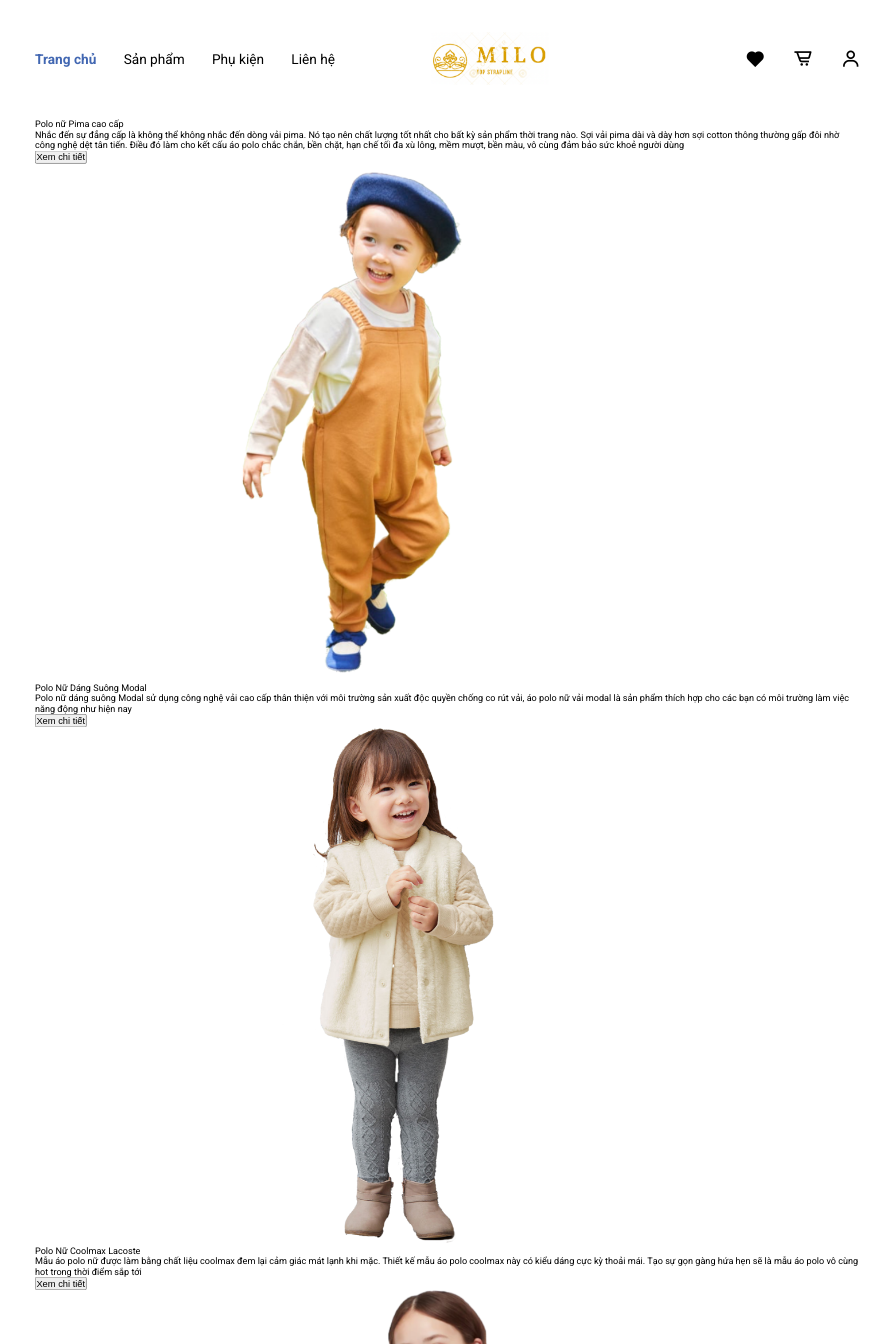
Repository: QuyHoang99k/shop
Page: /
The author's editor kept a copy of each file at every save. The page is drawn from the files as they stood at one save, then again after the next save.
The browser window is 1280 px wide. The pictures show the part of the page from y = 0 to 1920 px (the page is 3285 px tall before and 1159 px after), at 70% of full size.
The project was rebuilt for these pictures with package versions that can differ from the ones it lists, and the page was loaded fresh each time. Also part of the build but not shown: src/pages/Catalog.jsx, src/pages/Cart.jsx, src/pages/Product.jsx.

Above is the page before, as saved 2021-10-16 11:40:04.

### src/index.js
import React from 'react';
import ReactDOM from 'react-dom';
import reportWebVitals from './reportWebVitals';

import './assets/boxicons-2.0.7/css/boxicons.min.css'
import './sass/index.scss'


import Layout from './components/Layout'


ReactDOM.render(
  <React.StrictMode>
   <Layout/>
  </React.StrictMode>,
  document.getElementById('root')
);

// If you want to start measuring performance in your app, pass a function
// to log results (for example: reportWebVitals(console.log))
// or send to an analytics endpoint. Learn more: https://bit.ly/CRA-vitals
reportWebVitals();

### src/sass/index.scss
@import "./_variables.scss";
@import "./mixins";
@import "./_base.scss";

@import "./components/header";
@import "./components/footer";

### src/components/Layout.jsx
import React from 'react'

import { BrowserRouter, Route } from 'react-router-dom'

import Header from './Header'
import Footer from './Footer'

import Routes from '../routes/Routes'

const Layout = () => {
    return (
        <BrowserRouter>
            <Route render={props => (
                <div>
                    <Header {...props}/>
                    <div className="container">
                        <div className="main">
                            <Routes/>
                        </div>
                    </div>
                    <Footer/>
                </div>
            )}/>
        </BrowserRouter>
    )
}

export default Layout

### src/sass/_variables.scss
$main-bg: #fff;
$main-color: #4267b2;

$txt-main-color: #000;
$txt-second-color:#8d8d8d;
$txt-white:#fff;

$btn-main-bg: $main-color;
$btn-main-color:#fff;

$header-height:170px;
$header-tablet-height:70px;
$header-mobile-height:40px;
$header-shrink-height:70px;

$box-shadow: rgba(149,157,165,0.2) 0px 8px 24px;

$colors:(
  "blue":#4267b2,
  "orange":#fbb96b,
  "pink":#fe7e73,
  "white":#fff,
  "black":#000,
  "main":$main-color

);
$mobile-width: 600px;
$tablet-width:1024px;

$numbers: (0,1,2,3,4,5,6,7,8);

### src/sass/_mixins.scss
@mixin flex ($align-item, $justify-content) {
    display: flex;
    align-items: $align-item;
    justify-content: $justify-content;
}
@mixin mobile {
    @media only screen and (max-width: $mobile-width){
        @content;
    }
}
@mixin tablet {
    @media only screen and (max-width: $tablet-width){
        @content;
    }
}

### src/sass/_base.scss
@import url("https://fonts.googleapis.com/css2?family=M+PLUS+Rounded+1c:wght@100;300;400;500;700;800;900&family=Roboto:ital,wght@0,100;0,300;0,400;0,500;0,700;0,900;1,100;1,300;1,400;1,500;1,700;1,900&display=swap");

@import url("https://fonts.googleapis.com/css2?family=M+PLUS+Rounded+1c:wght@100;300;400;500;700;800;900&family=Roboto:ital,wght@0,100;0,300;0,400;0,500;0,700;0,900;1,100;1,300;1,400;1,500;1,700;1,900&display=swap");

* {
    padding: 0;
    margin: 0;
    box-sizing: border-box;
    -webkit-tap-highlight-color: transparent;
    user-select: none;
}

html {
    font-size: 13px;
}

body {
    font-family: "Roboto", sans-serif;
}

ul {
    list-style-type: none;
}

a {
    text-decoration: none;
    color: unset;
}

a:hover {
    color: $main-color;
}

img {
    max-width: 100%;
}

@each $color, $val in $colors {
    .color-#{$color} {
        color: $val;
    }

    .bg-#{$color} {
        background-color: $val;
    }
}

@each $val in $numbers {
    .grid-col-#{$val} {
        grid-template-columns: repeat($val, 1fr);
    }
}

@each $val in $numbers {
    .grid-col-md-#{$val} {
        @include tablet {
            grid-template-columns: repeat($val, 1fr);
        }
    }
}

@each $val in $numbers {
    .grid-col-sm-#{$val} {
        @include mobile {
            grid-template-columns: repeat($val, 1fr);
        }
    }
}

.container {
    width: 100%;
    max-width: 1620px;
    padding: 0 50px;
    margin: auto;

    @include tablet {
        padding: 0 20px;
    }

    @include mobile {
        padding: 0 10px;
    }
}

.main {
    margin-top: $header-height;
    margin-bottom: 2rem;
    min-height: 100vh;

    @include tablet {
        margin-top: calc(#{$header-tablet-height} + 20px);
    }

    @include mobile {
        margin-top: calc(#{$header-mobile-height} + 10px);
    }
}

.grid {
    display: grid;
}

### src/sass/components/_header.scss
.header {
    background-color: $main-bg;
    position: fixed;
    top: 0;
    left: 0;
    width: 100%;
    z-index: 99;
    height: $header-height;
    transition: height 0.3s ease;

    @include tablet {
        height: $header-tablet-height;
        box-shadow: $box-shadow;
    }

    @include mobile {
        height: $header-mobile-height;
    }

    .container {
        height: 100%;
    }

    &.shrink {
        height: $header-shrink-height;
        box-shadow: $box-shadow;
        z-index: 100;

        @include mobile {
            height: $header-mobile-height;
        }
    }

    &__logo {
        @include flex(center, center);
        position: absolute;
        inset: 0;
        pointer-events: none;

        img {
            height: 75px;
            margin-left: 120px;
            @include tablet{
                height: 50px;
            };
            @include mobile{
                height: 38px;
            }

        }
    }

    &__menu {
        @include flex(center, space-between);
        height: 100%;
        font-size: 1.5rem;

        &__item ~ &__item {
            margin-left: 39px;

            @include tablet {
                margin-left: 20px;
            }

            @include mobile {
                margin-left: 10px;
            }
        }

        &__item.active {
            font-weight: 600;
            color: $main-color;
        }

        &__item:hover {
            color: $main-color;
        }

        &__left,
        &__right {
            @include flex(center, center);
            height: 100%;
        }

        &__right {
            font-size: 2.25rem;

            &__item {
                @include flex(center, center);

                @include tablet {
                    margin-left: 10px;
                }
            }

            @include mobile {
                font-size: 1.5rem;
            }
        }

        &__left {
            &__close {
                display: none;
            }

            @include tablet {
                flex-direction: column;
                background-color: $main-bg;
                position: absolute;
                left: 0;
                top: 0;
                width: 100%;
                height: 100vh;
                justify-content: flex-start;
                padding-top: 30px;
                transform: translateX(-100%);
                transition: transform 0.5s ease;

                &.active {
                    transform: translateX(0);
                }

                &__item ~ &__item {
                    margin-left: unset;
                    margin-top: 20px;
                }

                &__close {
                    display: block;
                    position: absolute;
                    left: 20px;
                    font-size: 2.5rem;
                }
            }
        }

        &__mobile-toggle {
            display: none;

            @include tablet {
                display: block;
                font-size: 2.5rem;
            }
        }
    }
}

### src/sass/components/_footer.scss
.footer{
    padding: 70px 0;
    box-shadow: $box-shadow;
    font-size: 1.1rem;
    &__logo{
        height: 220px;
        width: 220px;
    }

    &__about{
        p{
            margin-bottom: 2rem;
        }
    }
    &__title{
        text-transform: uppercase;
        margin-bottom: 2rem;
        font-weight: 600;
    }
    &__content {
        p {
            margin-bottom: 1.25rem;
        }
    }
}

### src/components/Header.jsx
import React, { useRef, useEffect } from 'react'
import { Link, useLocation } from 'react-router-dom'

import logo from '../assets/images/Logo-2.png'

const mainNav = [
    {
        display: "Trang chủ",
        path: "/"
    },
    {
        display: "Sản phẩm",
        path: "/catalog"
    },
    {
        display: "Phụ kiện",
        path: "/accessories"
    },
    {
        display: "Liên hệ",
        path: "/contact"
    }
]

const Header = () => {

    const { pathname } = useLocation()
    const activeNav = mainNav.findIndex(e => e.path === pathname)

    const headerRef = useRef(null)

    useEffect(() => {
        window.addEventListener("scroll", () => {
            if (document.body.scrollTop > 80 || document.documentElement.scrollTop > 80) {
                headerRef.current.classList.add('shrink')
            } else {
                headerRef.current.classList.remove('shrink')
            }
        })
        return () => {
            window.removeEventListener("scroll")
        };
    }, []);

    const menuLeft = useRef(null)

    const menuToggle = () => menuLeft.current.classList.toggle('active')

    return (
        <div className="header" ref={headerRef}>
            <div className="container">
                <div className="header__logo">
                    <Link to="/">
                        <img src={logo} alt="" />
                    </Link>
                </div>
                <div className="header__menu">
                    <div className="header__menu__mobile-toggle" onClick={menuToggle}>
                        <i className='bx bx-menu-alt-left'></i>
                    </div>
                    <div className="header__menu__left" ref={menuLeft}>
                        <div className="header__menu__left__close" onClick={menuToggle}>
                            <i className='bx bx-chevron-left'></i>
                        </div>
                        {
                            mainNav.map((item, index) => (
                                <div
                                    key={index}
                                    className={`header__menu__item header__menu__left__item ${index === activeNav ? 'active' : ''}`}
                                    onClick={menuToggle}
                                >
                                    <Link to={item.path}>
                                        <span>{item.display}</span>
                                    </Link>
                                </div>
                            ))
                        }
                    </div>
                    <div className="header__menu__right">
                        <div className="header__menu__item header__menu__right__item">
                        <i className='bx bxs-heart'></i>
                        </div>
                        <div className="header__menu__item header__menu__right__item">
                            <Link to="/cart">
                            <i class='bx bx-cart-alt'></i>
                            </Link>
                        </div>
                        <div className="header__menu__item header__menu__right__item">
                            <i className="bx bx-user"></i>
                        </div>
                    </div>
                </div>
            </div>
        </div>
    )
}

export default Header

### src/components/Footer.jsx
import React from 'react'

import { Link } from 'react-router-dom'

import Grid from './Grid'

import logo from '../assets/images/logo-footer.png'

const footerAboutLinks = [
    {
        display: "Giới thiệu",
        path: "/about"
    },
    {
        display: "Liên hệ",
        path: "/about"
    },
    {
        display: "Tuyển dụng",
        path: "/about"
    },
    {
        display: "Tin tức",
        path: "/about"
    },
    {
        display: "Hệ thống cửa hàng",
        path: "/about"
    }
]

const footerCustomerLinks = [
    {
        display: "Chính sách đổi trả",
        path: "/about"
    },
    {
        display: "Chính sách bảo hành",
        path: "/about"
    },
    {
        display: "Chính sách hoàn tiền",
        path: "/about"
    }
]
const Footer = () => {
    return (
        <footer className="footer">
            <div className="container">
                <Grid
                    col={4}
                    mdCol={2}
                    smCol={1}
                    gap={10}
                >
                    <div>
                        <div className="footer__title">
                            Tổng đài hỗ trợ
                        </div>
                        <div className="footer__content">
                            <p>
                                Liên hệ đặt hàng <strong>0123456789</strong>
                            </p>
                            <p>
                                Thắc mắc đơn hàng <strong>0123456789</strong>
                            </p>
                            <p>
                                Góp ý, khiếu nại <strong>0123456789</strong>
                            </p>
                        </div>
                    </div>
                    <div>
                        <div className="footer__title">
                            Về Milo Top strapline
                        </div>
                        <div className="footer__content">
                            {
                                footerAboutLinks.map((item, index) => (
                                    <p key={index}>
                                        <Link to={item.path}>
                                            {item.display}
                                        </Link>
                                    </p>
                                ))
                            }
                        </div>
                    </div>
                    <div>
                        <div className="footer__title">
                            Chăm sóc khách hàng
                        </div>
                        <div className="footer__content">
                            {
                                footerCustomerLinks.map((item, index) => (
                                    <p key={index}>
                                        <Link to={item.path}>
                                            {item.display}
                                        </Link>
                                    </p>
                                ))
                            }
                        </div>
                    </div>
                    <div className="footer__about">
                        <p>
                            <Link to="/">
                                <img src={logo} className="footer__logo" alt="" />
                            </Link>
                        </p>

                    </div>
                </Grid>
            </div>
        </footer>
    )
}

export default Footer

### src/routes/Routes.jsx
/* eslint-disable no-unused-vars */
import React from 'react'
import { Route,Switch } from 'react-router'

import Home from '../pages/Home'
import Catalog from '../pages/Catalog'
import Cart from '../pages/Cart'
import Product from '../pages/Product'



const Routes = () => {
  return (
    <Switch>
      <Route path='/' exact component ={Home}/>
      <Route path='/catalog/:slug' exact component ={Product}/>
      <Route path='/catalog' exact component ={Catalog}/>
      <Route path='/cart' exact component ={Cart}/>
    </Switch>
  )
}

export default Routes

### src/components/Grid.jsx
import React from 'react'
import PropTypes from 'prop-types'

const Grid = props => {

    const style = {
        gap: props.gap ? `${props.gap}px` : '0'
    }

    const col = props.col ? `grid-col-${props.col}` : ''
    const mdCol = props.mdCol ? `grid-col-md-${props.mdCol}` : ''
    const smCol = props.smCol ? `grid-col-sm-${props.smCol}` : ''

    return (
        <div className={`grid ${col} ${mdCol} ${smCol}`} style={style}>
            {props.children}
        </div>
    )
}


Grid.propTypes = {
    col: PropTypes.number.isRequired,
    mdCol: PropTypes.number,
    smCol: PropTypes.number,
    gap: PropTypes.number
}

export default Grid

### src/pages/Home.jsx
import React from 'react'
import Helmet from '../components/Helmet'
import HeroSlider from '../components/HeroSlider'
import heroSliderData from '../assets/fake-data/hero-slider'

const Home = () => {
  return (
    <Helmet title="Trang chủ">
      {/* slider */}
        <HeroSlider data={heroSliderData}/>
      {/* end slider */}
    </Helmet>
  )
}

export default Home

### src/components/Helmet.jsx
import React from 'react'
import PropTypes from 'prop-types'

const Helmet = props => {

    document.title = 'Milo - ' + props.title
    return (
        <div>
            {props.children}
        </div>
    )
}

Helmet.propTypes = {
    title:PropTypes.string.isRequired
}

export default Helmet

### src/components/HeroSlider.jsx
import React from 'react'
import PropTypes from 'prop-types'
import { Link } from 'react-router-dom'

const HeroSlider = props => {

    const data = props.data

    return (
        <div className="hero-slider">
            {
                data.map((item,index)=>(
                    <HeroSliderItem key={index} item={item}/>
                ))
            }
        </div>
    )
}

HeroSlider.propTypes = {
    data:PropTypes.array.isRequired
}
const HeroSliderItem = props =>(
    <div className="hero-slider__item">
        <div className="hero-slider__item__info">
            <div className="hero-slider__item__info_tittle">
                <span>{props.item.title}</span>
            </div>
            <div className="hero-slider__item__info_description">
                <span>{props.item.description}</span>
            </div>
            <div className="hero-slider__item__info_description">
                <Link to={props.item.path}>
                     <button>Xem chi tiết</button>
                </Link>
            </div>
        </div>
        <div className="hero-slider__item__image">
            <img src={props.item.img} alt=""/>
        </div>
    </div>
)

export default HeroSlider

### src/assets/fake-data/hero-slider.js
const img1 = require("../images/slider/slide_1.png").default
const img2 = require("../images/slider/slide_2.png").default
const img3 = require("../images/slider/slide_3.png").default

const heroSliderData = [
    {
        title: "Polo nữ Pima cao cấp",
        description: "Nhắc đến sự đẳng cấp là không thể không nhắc đến dòng vải pima. Nó tạo nên chất lượng tốt nhất cho bất kỳ sản phẩm thời trang nào. Sợi vải pima dài và dày hơn sợi cotton thông thường gấp đôi nhờ công nghệ dệt tân tiến. Điều đó làm cho kết cấu áo polo chắc chắn, bền chặt, hạn chế tối đa xù lông, mềm mượt, bền màu, vô cùng đảm bảo sức khoẻ người dùng",
        img: img1,
        color: "blue",
        path: "/catalog/ao-thun-dinosaur-01"
    },
    {
        title: "Polo Nữ Dáng Suông Modal",
        description: "Polo nữ dáng suông Modal sử dụng công nghệ vải cao cấp thân thiện với môi trường sản xuất độc quyền chống co rút vải, áo polo nữ vải modal là sản phẩm thích hợp cho các bạn có môi trường làm việc năng động như hiện nay",
        img: img2,
        path: "/catalog/ao-thun-dinosaur-02",
        color: "pink"
    },
    {
        title: "Polo Nữ Coolmax Lacoste",
        description: "Mẫu áo polo nữ được làm bằng chất liệu coolmax đem lại cảm giác mát lạnh khi mặc. Thiết kế mẫu áo polo coolmax này có kiểu dáng cực kỳ thoải mái. Tạo sự gọn gàng hứa hẹn sẽ là mẫu áo polo vô cùng hot trong thời điểm sắp tới",
        img: img3,
        path: "/catalog/ao-thun-dinosaur-03",
        color: "orange"
    }
]

export default heroSliderData

### src/sass/components/_hero-slider.scss
.hero-slider{
    height: 100vh;
    max-height: 1080px;
    overflow: hidden;
    position: relative;
    margin-bottom: 50px;
    margin-top: calc(#{$header-height} * -1);
     @include tablet{
    margin-top: calc(#{$header-tablet-height} * -1);

     }
}

Loaded but not shown: public/index.html (common file); src/reportWebVitals.js (common file); src/assets/boxicons-2.0.7/css/boxicons.min.css (library)

After the next save:
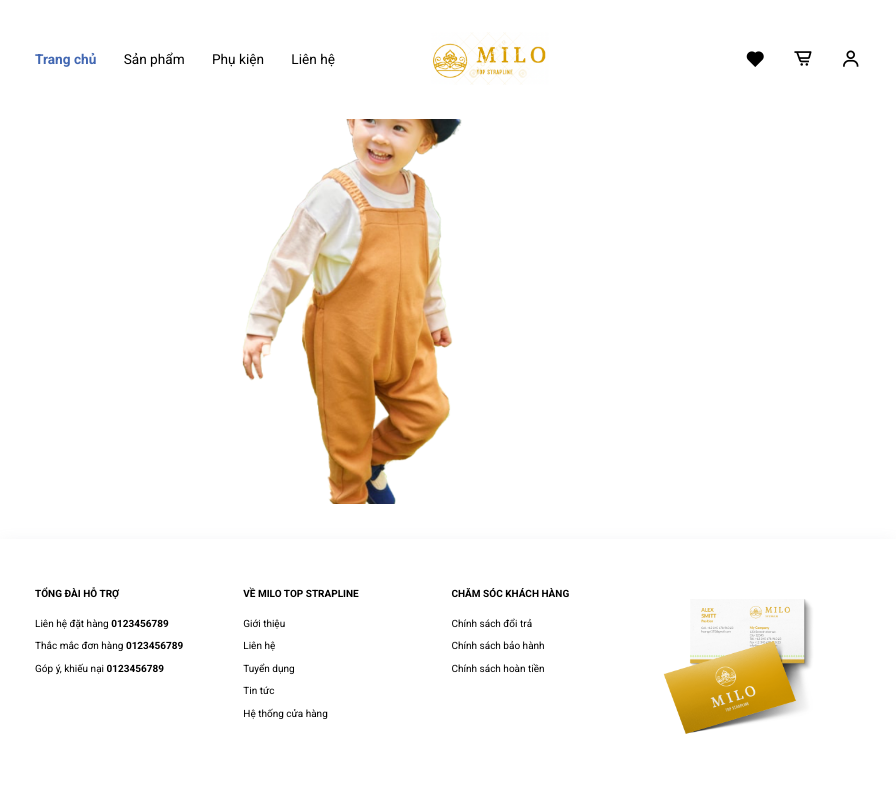
Saved 31 s later.
--- a/src/sass/index.scss
+++ b/src/sass/index.scss
@@ -4,3 +4,4 @@
 
 @import "./components/header";
 @import "./components/footer";
+@import "./components/hero-slider";
